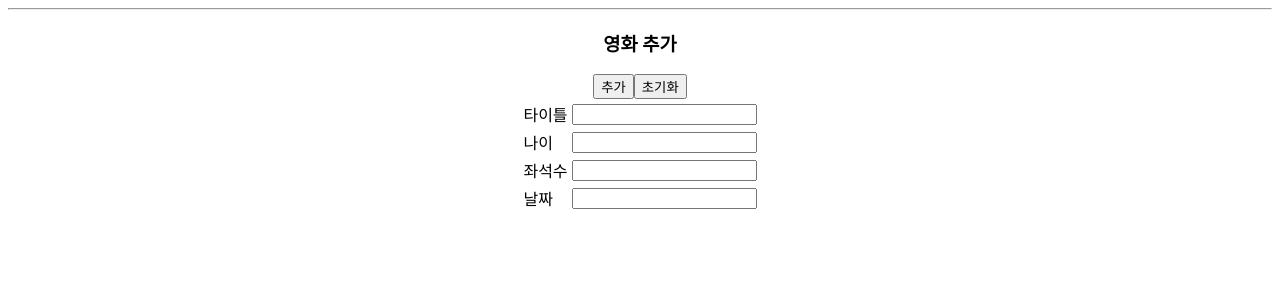
Repository: Juseong-Bang/jspWebProject
Page: http://localhost/FilmBooking/insert.jsp
The author's editor kept a copy of each file at every save. The page is drawn from the files as they stood at one save, then again after the next save.
The browser window is 1280 px wide. The pictures show the whole page.
The page is served by Tomcat 9. Other server files are loaded and not shown.

Above is the page before, as saved 2017-11-27 17:56:04.

### FilmBooking/WebContent/insert.jsp
<%@page import="Filmbooking.filmBean"%>
<%@page import="Filmbooking.film"%>
<%@ page language="java" contentType="text/html; charset=UTF-8"
    pageEncoding="UTF-8"%>
<!DOCTYPE html PUBLIC "-//W3C//DTD HTML 4.01 Transitional//EN" "http://www.w3.org/TR/html4/loose.dtd">
<html>

<head>
<meta http-equiv="Content-Type" content="text/html; charset=UTF-8">
<title>영화 추가</title>
</head>
<hr>
<body>
<div align="center">
<h3>영화 추가</h3>
<form name=form1 method=post action=control.jsp>
<input type=hidden name="film" value="insert"/>
<table>
<tr>
<td>타이틀</td>
<td><input type ="text" size=20 name=film_name/></td>
</tr>
<tr>
<td>나이</td>
<td><input type ="text" size=20 name=age_phase/></td>
</tr>
<tr>
<td>좌석수</td>
<td><input type ="text" size=20 name=seat_num/></td>
</tr>
<tr>
<td>날짜</td>
<td><input type ="text" size=20 name=date/></td>
</tr>
<tr>
<input type="submit" value= 추가 >
<input type="reset" value= 초기화>
</tr>
</table>
</form>
</div>
</body>
</html>

After the next save:
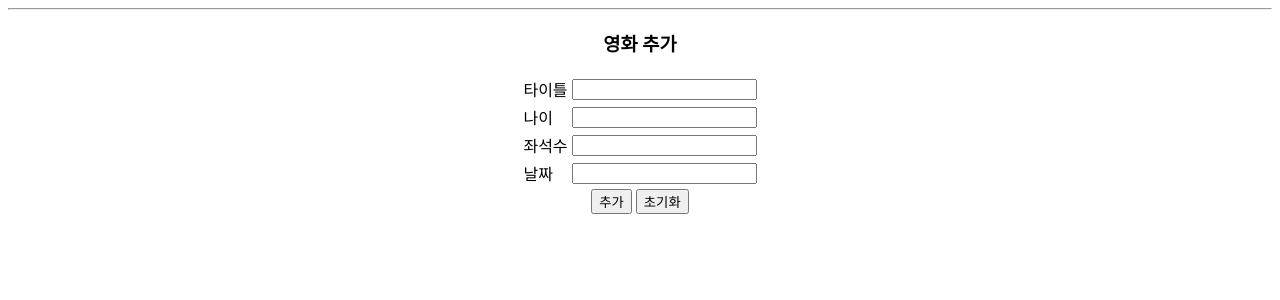
Saved 22 s later.
--- a/FilmBooking/WebContent/insert.jsp
+++ b/FilmBooking/WebContent/insert.jsp
@@ -32,9 +32,9 @@
 <td>날짜</td>
 <td><input type ="text" size=20 name=date/></td>
 </tr>
-<tr>
+<tr> <td colspan=2 align=center>
 <input type="submit" value= 추가 >
-<input type="reset" value= 초기화>
+<input type="reset" value= 초기화> </td>
 </tr>
 </table>
 </form>
